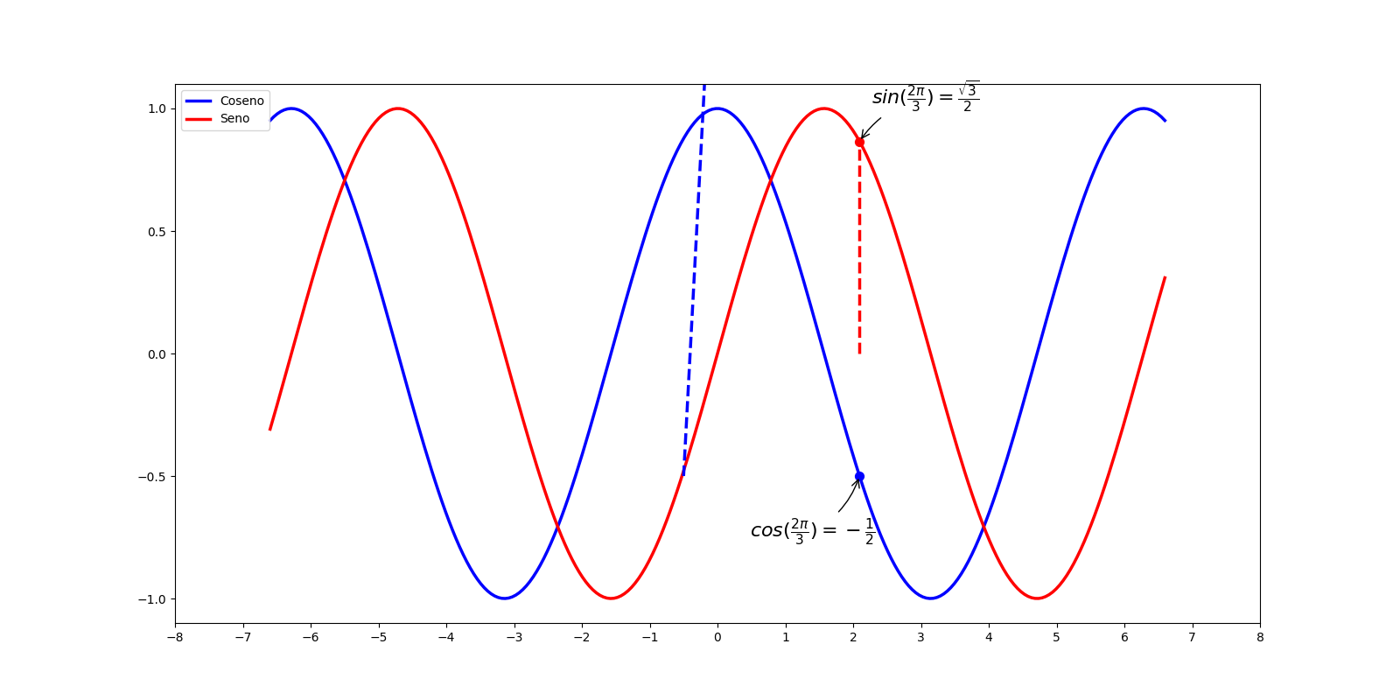
Repository: Jaamunozr/Archivos-python
Script's output: python Archivos Python/Graficas/ejecutable.py
An editor plug-in stored every save of this project. The script's output is shown before and after the next save, followed by the edit.
Figures wider than 1,400 px are first shrunk to that width. Animations are shown at an early frame. Random numbers start from a fixed seed.

Above is the script's output before, as saved 2020-02-16 22:01:59.

After the next save:
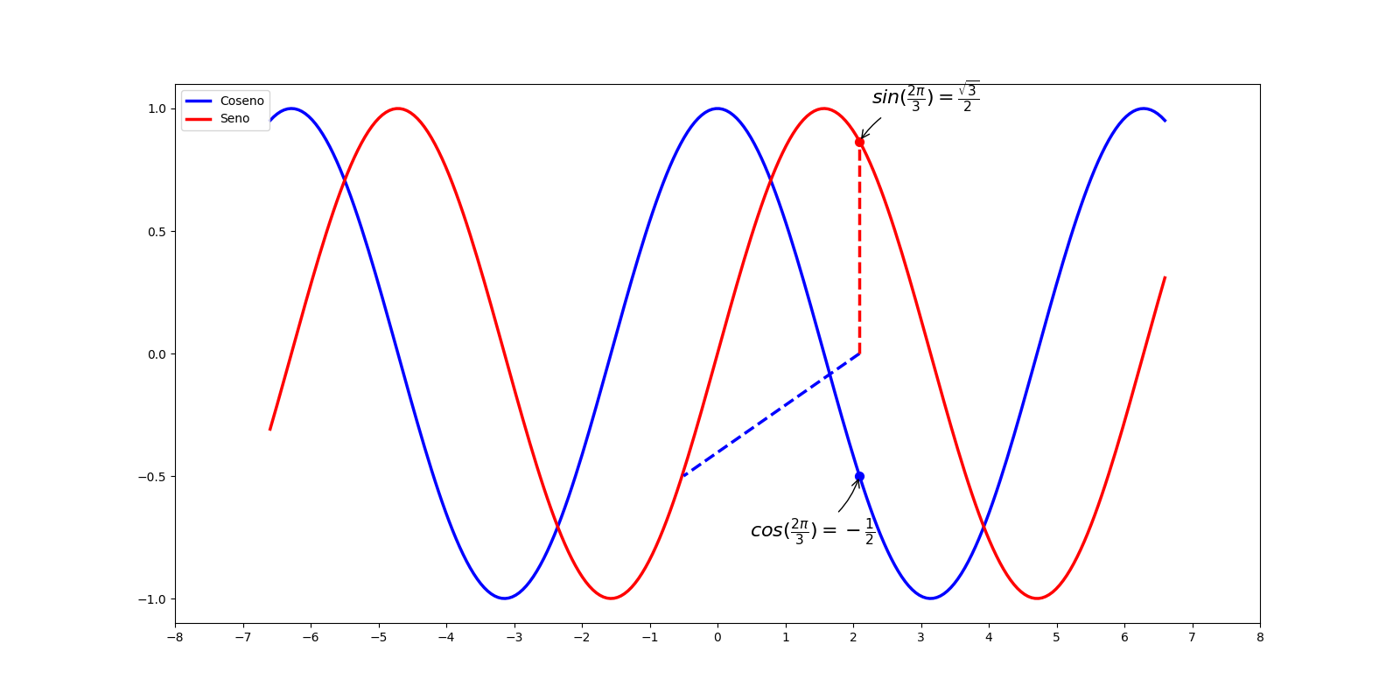
Saved 111 s later.
--- a/Archivos Python/Graficas/ejecutable.py
+++ b/Archivos Python/Graficas/ejecutable.py
@@ -56,7 +56,7 @@
 #AGREGRA UNA ANOTACION EN UN PUNTO CONOCIDO
 t = 2 * np.pi / 3
 #Para coseno------------------------------------------------------------------------------------
-pl.plot([0, np.cos(t)], [t, np.cos(t)], color='blue', linewidth=2.5, linestyle="--")
+pl.plot([t, np.cos(t)], [0, np.cos(t)], color='blue', linewidth=2.5, linestyle="--")
 #pl.plot([0, np.cos(t)], [t, t], color='blue', linewidth=2.5, linestyle="--")
 pl.scatter([t, ], [np.cos(t), ], 50, color='blue') #DEFINE LAS CARACTERISTICAS DEN PUNTO (CIRCULO)
 pl.annotate(r'$sin(\frac{2\pi}{3})=\frac{\sqrt{3}}{2}$',#DATOS A IMPRIMIR DEL TEXTO

After the save that followed:
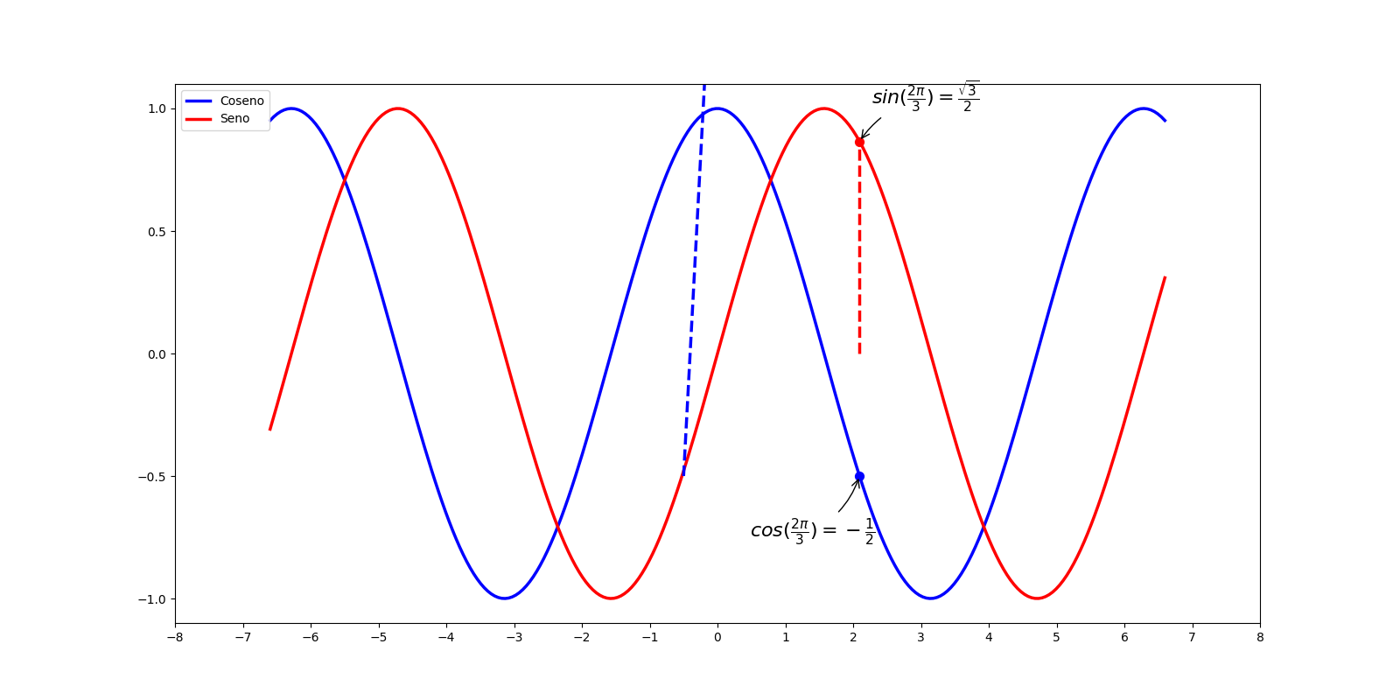
Saved 43 s later.
--- a/Archivos Python/Graficas/ejecutable.py
+++ b/Archivos Python/Graficas/ejecutable.py
@@ -56,7 +56,7 @@
 #AGREGRA UNA ANOTACION EN UN PUNTO CONOCIDO
 t = 2 * np.pi / 3
 #Para coseno------------------------------------------------------------------------------------
-pl.plot([t, np.cos(t)], [0, np.cos(t)], color='blue', linewidth=2.5, linestyle="--")
+pl.plot([0, np.cos(t)], [t, np.cos(t)], color='blue', linewidth=2.5, linestyle="--")
 #pl.plot([0, np.cos(t)], [t, t], color='blue', linewidth=2.5, linestyle="--")
 pl.scatter([t, ], [np.cos(t), ], 50, color='blue') #DEFINE LAS CARACTERISTICAS DEN PUNTO (CIRCULO)
 pl.annotate(r'$sin(\frac{2\pi}{3})=\frac{\sqrt{3}}{2}$',#DATOS A IMPRIMIR DEL TEXTO
